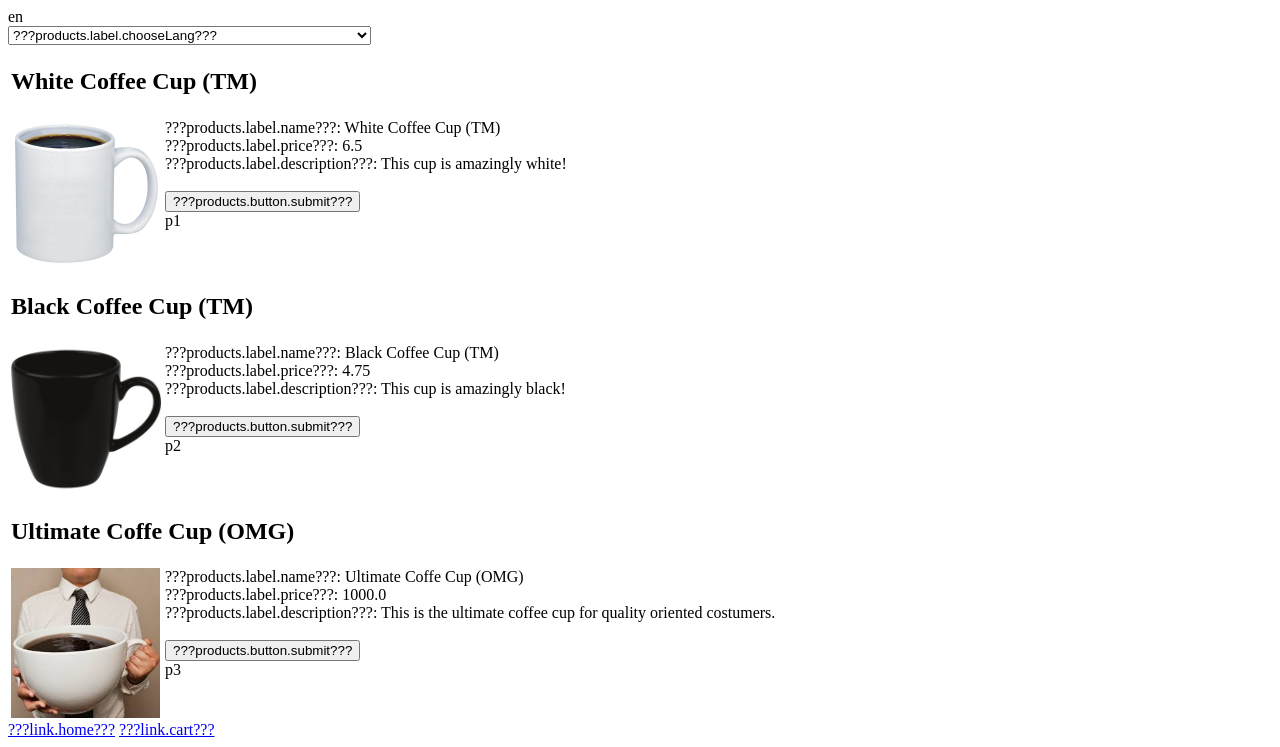
Repository: superdids/DAT152
Page: http://localhost/Oblig3/products
An editor plug-in stored every save of this project. The page is shown before and after the next save, followed by the edit.
The browser window is 1280 px wide. The pictures show the whole page.
The page is served by Tomcat 9. Other server files are loaded and not shown.

Above is the page before, as saved 2015-10-23 13:56:58.

### Oblig3/WebContent/products.jsp
<%@ page language="java" contentType="text/html; charset=UTF-8"
    pageEncoding="UTF-8"%>
<%@ taglib uri="http://java.sun.com/jsp/jstl/core" prefix="c" %>
<%@ taglib prefix="fmt" uri="http://java.sun.com/jsp/jstl/fmt" %>
<%-- <c:set var="language"  --%>
<%-- value="${not empty param.language ? param.language : not empty language ? language : pageContext.request.locale}"  --%>
<%-- scope="session" /> --%>
<%-- <c:set var="language" value="${language}" scope="session" /> --%>
<fmt:setLocale value="${language}" />
<fmt:setBundle basename="no.hib.dat152.i18n.text" />
<!DOCTYPE html PUBLIC "-//W3C//DTD HTML 4.01 Transitional//EN" "http://www.w3.org/TR/html4/loose.dtd">
<html lang="${language}">
<head>
<meta http-equiv="Content-Type" content="text/html; charset=UTF-8">
<title>Products</title>
</head>
<body>
${language}
<form action="products" method="POST">
	<select id="language" name="language" onchange="submit()">
		<option disabled="disabled" selected="selected" >
			<fmt:message key="products.label.chooseLang" />
		</option>
		<c:forEach var="langu" items="${availableLanguages}">
			<option value="${langu}">
				<fmt:setLocale value="${langu}" />
				<fmt:setBundle basename="no.hib.dat152.i18n.text" />
				<fmt:message key="products.label.lang" />
				<c:if test="${language == langu}" >
					<fmt:message key="products.label.selected" />
				</c:if>
			</option>
		</c:forEach>
		<fmt:setLocale value="${language}" />
		<fmt:setBundle basename="no.hib.dat152.i18n.text" />
	</select>
</form>

<table>
<c:forEach var="description" items="${descriptions}">
<tr><td colspan="2"><h2>${description.product.productName}</h2></td></tr>
<tr>
	<td>
		<img src="${description.product.relativePathToImg}" height="150"/>
	</td>
	<td style="vertical-align:top">
		<label for="name"><fmt:message key="products.label.name" /></label>: ${description.product.productName} <br/>
		<label for="price"><fmt:message key="products.label.price" /></label>: ${description.product.priceInEuro} <br/>
		<label for="description"><fmt:message key="products.label.description" /></label>: ${description.text} <br/><br/>
		<form action="products" method="POST">
			<fmt:message key="products.button.submit" var="buttonValue" />
			<input type="hidden" name="item" value="p${description.id.productNumber}" />
			<input type="submit" value="${buttonValue}" />
			<br/> p${description.id.productNumber}
		</form>
		</td>
</tr>
</c:forEach>
</table>

<a href="home"><fmt:message key="link.home" /></a>
<a href="cart"><fmt:message key="link.cart" /></a>

</body>
</html>

### Oblig3/src/no/hib/dat152/controllers/Products.java
package no.hib.dat152.controllers;

import java.io.IOException;
import java.util.List;

import javax.servlet.ServletException;
import javax.servlet.annotation.WebServlet;
import javax.servlet.http.HttpServlet;
import javax.servlet.http.HttpServletRequest;
import javax.servlet.http.HttpServletResponse;

import no.hib.dat102.database.Description;
import no.hib.dat102.database.DescriptionDAOContext;
import no.hib.dat102.database.Product;
import no.hib.dat102.database.ProductDAOContext;
import no.hib.dat152.util.RequestHelper;

/**
 * Servlet implementation class Products
 */
@WebServlet("/products")
public class Products extends HttpServlet {
	private static final long serialVersionUID = 1L;

	/**
	 * @see HttpServlet#HttpServlet()
	 */
	public Products() {
		super();
		// TODO Auto-generated constructor stub
	}

	/**
	 * @see HttpServlet#doGet(HttpServletRequest request, HttpServletResponse response)
	 */
	protected void doGet(HttpServletRequest request, HttpServletResponse response) throws ServletException, IOException {

		request = RequestHelper.setLanguage(request);

		String dynamic = (String) request.getSession().getAttribute("language");

		DescriptionDAOContext dao = new DescriptionDAOContext();
		List<Description> descriptions = dao.readAllDescriptionsByLanguageCode(dynamic);
		request.setAttribute("descriptions", descriptions);

		request.getRequestDispatcher("/products.jsp").forward(request, response);
	}

	/**
	 * @see HttpServlet#doPost(HttpServletRequest request, HttpServletResponse response)
	 */
	protected void doPost(HttpServletRequest request, HttpServletResponse response) throws ServletException, IOException {
		if (request.getParameter("language") != null)
			response = RequestHelper.generateCookie(request, response, "language", "locale");
		else {
			ProductDAOContext dao = new ProductDAOContext();
			List<Product> products = dao.readAll();
			Product p = null;
			String parameter = request.getParameter("item");
			System.out.println(parameter);
			if(parameter != null) {
				if(products != null) {
					for(Product product : products) {
						if(parameter.equals("p"+product.getProductNumber())) {
							p = product; break;
						}
					}
				}
				if (p != null) request = RequestHelper.updateCart(request, p);
				else System.out.println("product null");
			}
		}
		response.sendRedirect(request.getContextPath() + "/products");
	}
}

### Oblig3/src/no/hib/dat152/util/RequestHelper.java
package no.hib.dat152.util;

import javax.servlet.http.Cookie;
import javax.servlet.http.HttpServletRequest;
import javax.servlet.http.HttpServletResponse;

import no.hib.dat102.database.AvailableLanguages;
import no.hib.dat102.database.DescriptionDAOContext;
import no.hib.dat102.database.Product;
import no.hib.dat152.models.CartItem;
import no.hib.dat152.models.MyAwesomeCart;

/**
 * Hjelpeklasse som oppdaterer request/response objektet, eller
 * henter verdier fra request objektet
 * @author Didrik, Lars-Jo, Ståle
 */
public class RequestHelper {

	/**
	 * Henter språkkode
	 * @param request Request objektet
	 * @return Språkkoden om den finnes i request objektet, null ellers
	 */
	public static String getLanguageFromRequest(HttpServletRequest request) {
		String lang = request.getParameter("language");
		return lang != null ? lang : "en";
	}

	/**
	 * Henter en cookie med gitt request objekt og cookie navn
	 * @param request Request objektet
	 * @param cookieName Cookie navn
	 * @return Referanse til et cookie objekt om navnet eksisterer, null ellers
	 */
	public static Cookie getCookie(HttpServletRequest request, String cookieName) {
		Cookie cookie = null;
		Cookie [] cookies = request.getCookies();
		if (cookies != null) {
			for(Cookie c : cookies) {
				if(c.getName().equals(cookieName)) { cookie = c; break; }
			}
		}

		return cookie;
	}

	/**
	 * Oppretter nytt cookie objekt
	 * @param request Request objektet
	 * @param response Response objektet
	 * @param paramReference Parameterreferanse som skal settes inn i cookie objektet
	 * @param cookieName Navnet som skal tilordnes cookie objektet
	 * @return Referanse til et cookie objekt
	 */
	public static HttpServletResponse generateCookie(HttpServletRequest request,
			HttpServletResponse response, String paramReference,
			String cookieName) {
		String param = request.getParameter(paramReference);

		Cookie cookie = new Cookie(cookieName, param);
		response.addCookie(cookie);
		return response;
	}

	/**
	 * Setter språk avhengig av verdi i cookie
	 * @param request Request objektet
	 * @return Oppdatert request objekt
	 */
	public static HttpServletRequest setLanguage(HttpServletRequest request) {
		Cookie cookie = RequestHelper.getCookie(request, "locale");
		String dynamic = "en";
		if(cookie != null)
			dynamic = cookie.getValue();

		AvailableLanguages availableLanguages = ServletContext.getAvailableLanguagesFromContext();

		request.setAttribute("availableLanguages", availableLanguages.getLanguages());
		request.getSession().setAttribute("language", dynamic);
		return request;
	}

	/**
	 * Oppdaterer handlevognen
	 * @param request Request objektet
	 * @param product Produktet som skal legges inn i handlevognen
	 * @return Oppdatert request objekt
	 */
	public static HttpServletRequest updateCart(HttpServletRequest request, Product product) {
		MyAwesomeCart cart = (MyAwesomeCart) request.getSession().getAttribute("cart");
		Integer id = product.getProductNumber();

		if(cart == null) {
			cart = new MyAwesomeCart();
			cart.addItem(id, new CartItem(product, 1,""));
		} else
			if(cart.inCart(id))
				cart.addCount(id);
			else
				cart.addItem(id, new CartItem(product,1,""));

		request.getSession().setAttribute("cart", cart);

		return request;
	}
}

### Oblig3/src/no/hib/dat102/database/DescriptionDAO.java
package no.hib.dat102.database;

import java.util.List;

/**
 * Kontrakt som definerer oppførselen til et Data Access Object
 * som opererer på beskrivelser i en gitt samling
 * @author Didrik
 *
 */
public interface DescriptionDAO {

	/**
	 * Oppretter en ny beskrivelse
	 * @param d Beskrivelsen som skal opprettes
	 * @return Beskrivelsen, null dersom det skulle forekomme en feil
	 */
	public Description create(Description d);

	/**
	 * Henter en beskrivelse med en gitt primærnøkkel
	 * @param primaryKey Primærnøkkelen som det søkes etter
	 * @return Produktet dersom primærnøkkelen assosieres til
	 * en beskrivelse i samlingen, null ellers
	 */
	public Description read(DescriptionId primaryKey);

	/**
	 * Oppdaterer en eksisterende beskrivelse, eller oppretter
	 * om den ikke eksisterer
	 * @param d Beskrivelsen som skal oppdateres
	 * @return Beskrivelsen, null om det skulle forekomme en feil
	 */
	public Description update(Description d);

	/**
	 * Sletter en beskrivelse med en gitt primærnøkkel
	 * @param primaryKey Primærnøkkelen som det søkes etter
	 * @return True om beskrivelsen ble fjernet fra samlingen, false ellers
	 */
	public boolean delete(DescriptionId primaryKey);

	/**
	 * Henter alle beskrivelser i samlingen
	 * @return Samling av beskrivelser
	 */
	public List<Description> readAll();

	/**
	 * Henter alle beskrivelser i samlingen som har ønsket språkkode
	 * @param langCode Språkkoden aktuell for produkter
	 * @return Samling av beskrivelser
	 */
	public List<Description> readAllDescriptionsByLanguageCode(String langCode);

}

### Oblig3/src/no/hib/dat102/database/DescriptionDAOContext.java
package no.hib.dat102.database;

import java.util.ArrayList;
import java.util.List;

import no.hib.dat152.util.ServletContext;

public class DescriptionDAOContext implements DescriptionDAO {


	public DescriptionDAOContext() {

	}

	@Override
	public Description create(Description d) {
		// TODO Auto-generated method stub
		return null;
	}

	@Override
	public Description read(DescriptionId primaryKey) {
		List<Description> descriptions = ServletContext.fetchDescriptionsFromContext();
		for(Description d : descriptions) {
			if(d.getId() == primaryKey) return d;
		}
		return null;
	}

	@Override
	public Description update(Description d) {
		// TODO Auto-generated method stub
		return null;
	}

	@Override
	public boolean delete(DescriptionId primaryKey) {
		// TODO Auto-generated method stub
		return false;
	}

	@Override
	public List<Description> readAll() {
		List<Description> descriptions = ServletContext.fetchDescriptionsFromContext();
		return descriptions.size() > 0 ? descriptions : null;
	}

	@Override
	public List<Description> readAllDescriptionsByLanguageCode(String langCode) {
		List<Description> descriptions = ServletContext.fetchDescriptionsFromContext();
		List<Description> toRet = new ArrayList<Description>();
		for(Description d : descriptions)
			if(d.getId().getLanguageCode().equals(langCode)) toRet.add(d);
		return toRet.size() > 0 ? toRet : null;
	}
}

After the next save:
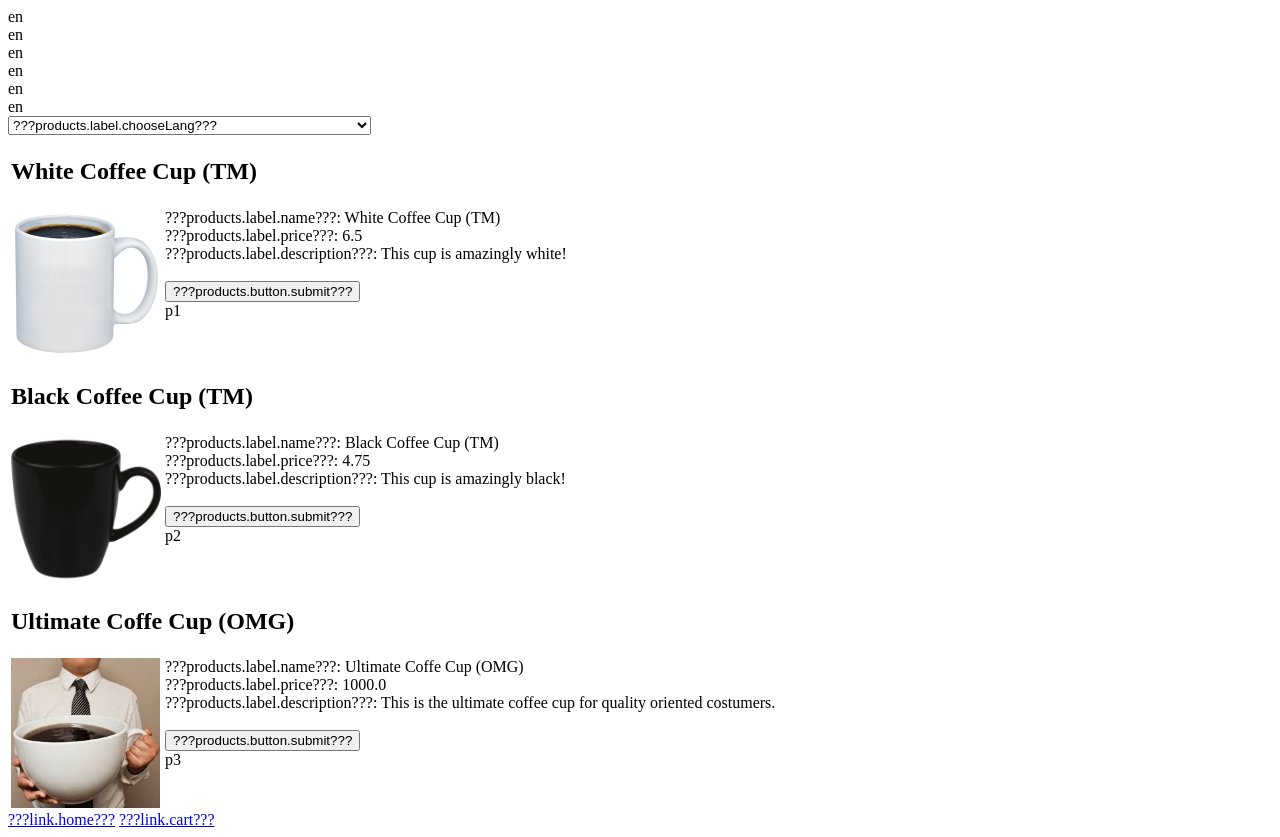
Saved 8 s later.
--- a/Oblig3/WebContent/products.jsp
+++ b/Oblig3/WebContent/products.jsp
@@ -15,7 +15,12 @@
 <title>Products</title>
 </head>
 <body>
-${language}
+${language} <br/>
+${language} <br/>
+${language} <br/>
+${language} <br/>
+${language} <br/>
+${language} <br/>
 <form action="products" method="POST">
 	<select id="language" name="language" onchange="submit()">
 		<option disabled="disabled" selected="selected" >
